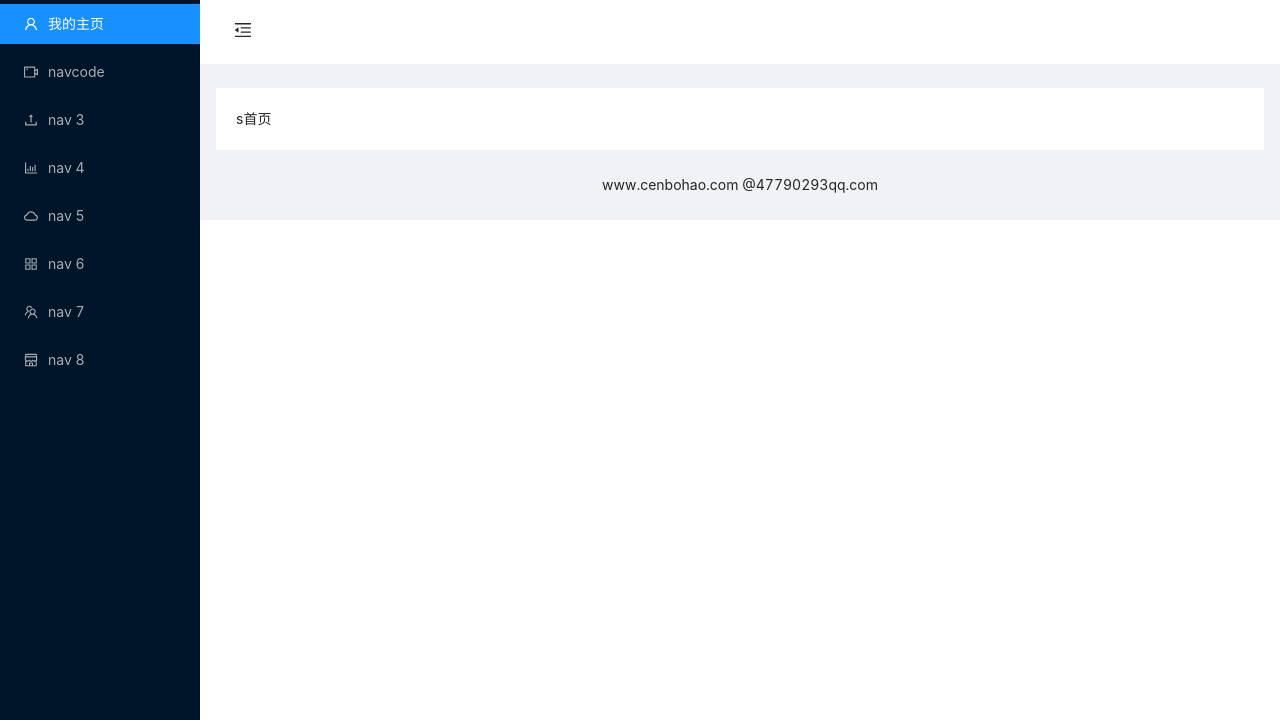
Repository: CBH20010703/bolgsweb
Page: / (app in blogs/)
An editor plug-in stored every save of this project. The page is shown before and after the next save, followed by the edit.
The browser window is 1280 px wide. The pictures show the whole page.
The project was rebuilt for these pictures with package versions that can differ from the ones it lists, and the page was loaded fresh each time. Also part of the build but not shown: blogs/src/component/Menu/MenuList.css, blogs/src/view/Home/Home.css, blogs/src/view/NavCode/NavCode.jsx.

Above is the page before, as saved 2021-06-27 11:03:50.

### blogs/src/index.js
import React from 'react';
import ReactDOM from 'react-dom';
import './index.css';
import App from './App';



ReactDOM.render(<App />,document.getElementById('root'));

### blogs/src/App.js
import './App.css';
import { React, Component } from "react";
import Headers from './component/Header/Headers';
import MenuList from './component/Menu/MenuList';
import Footers from './component/Footer/Footers';
import RouterMap from './router/RouterMap';
import { Layout} from 'antd';
import { BrowserRouter} from 'react-router-dom'
const {  Content, Sider } = Layout;
export default class  App extends Component {
  constructor(props) {
    super(props);
    this.state = {  collapsed: false, }
  }
  toggle = (data) => {
     console.log(data)
    this.setState({
      collapsed: data,
    });
  };
  render() {
    return (
      <BrowserRouter>
          <Layout>
            <Sider  trigger={null} collapsible collapsed={this.state.collapsed}
              style={{
                overflow: 'auto',
                height: '100vh',
                position: 'fixed',
                left: 0,
              }}
            >
              <MenuList/>
            </Sider>
            <Layout className="site-layout" style={{ paddingLeft:this.state.collapsed?"60px":"200px",transition:"0.1s ease" }}>
              <Headers toggle={this.toggle} parent={this.state.collapsed}></Headers>
              <Content style={{ margin: '24px 16px 0', height: "auto", background:"#fff" }}>
                  <RouterMap  />
              </Content>
              <Footers/>
            </Layout>
          </Layout>
      </BrowserRouter>

    );
  }
}

### blogs/src/component/Header/Headers.jsx
import React, { Component } from 'react'
import { Layout } from 'antd';


import {
  MenuUnfoldOutlined,
  MenuFoldOutlined,
} from '@ant-design/icons';
import "./Headers.css"
const { Header } = Layout;
export default class Headers extends Component {
    constructor(props) {
        super(props)
        this.state = {
            isShow:false
        }
    }
    Tab = () => {
        let { isShow } = this.state;
        this.setState({
            isShow:!isShow
        })
        this.props.toggle(!isShow);

    }
    render() {

        return (

                <Header className="site-layout-background" style={{ paddingLeft:"10px" }} >
                     {React.createElement(this.state.isShow ? MenuUnfoldOutlined : MenuFoldOutlined, {
              className: 'trigger',
                         onClick: this.Tab,

            })}
                </Header>

        )
    }
}

### blogs/src/component/Menu/MenuList.jsx
import React, { Component } from 'react'
import { Menu } from 'antd';
import {Link} from 'react-router-dom'
import "./MenuList.css"
import {
  AppstoreOutlined,
  BarChartOutlined,
  CloudOutlined,
  ShopOutlined,
  TeamOutlined,
  UserOutlined,
  UploadOutlined,
  VideoCameraOutlined,
} from '@ant-design/icons';
export default class MenuList extends Component {
  render() {
    return (

         <Menu theme="dark" mode="inline" defaultSelectedKeys={['1']}>
          <Menu.Item key="1"  icon={<UserOutlined />}>
          <Link to="/"> 我的主页
            </Link>

          </Menu.Item>
          <Menu.Item key="2" icon={<VideoCameraOutlined />}>
          <Link to="/navcode"> navcode
            </Link>

          </Menu.Item>
          <Menu.Item key="3" icon={<UploadOutlined />}>
            nav 3
          </Menu.Item>
          <Menu.Item key="4" icon={<BarChartOutlined />}>
            nav 4
          </Menu.Item>
          <Menu.Item key="5" icon={<CloudOutlined />}>
            nav 5
          </Menu.Item>
          <Menu.Item key="6" icon={<AppstoreOutlined />}>
            nav 6
          </Menu.Item>
          <Menu.Item key="7" icon={<TeamOutlined />}>
            nav 7
          </Menu.Item>
          <Menu.Item key="8" icon={<ShopOutlined />}>
            nav 8
          </Menu.Item>
        </Menu>
    )
  }
}

### blogs/src/component/Footer/Footers.jsx
import React, { Component } from 'react'
import { Layout } from 'antd';
const {  Footer } = Layout;
export default class Footers extends Component {
    render() {
        return (
            <div>
               <Footer style={{ textAlign: 'center' }}>www.cenbohao.com @47790293qq.com</Footer>
            </div>
        )
    }
}

### blogs/src/router/RouterMap.js
import React from 'react'
import { Route, Switch} from 'react-router-dom'
import Home from "../view/Home/Home.jsx";
import Error from "../view/404/Error.jsx";
import Navcode from "../view/NavCode/NavCode.jsx"
export default class RouterMap  extends React.Component {
    render() {
        return (


                <Switch>
                    <Route exact path="/"  component={Home}/>
                    <Route exact path="/NavCode" component={Navcode} />
                    <Route  path="*" component={Error} />
               </Switch>


        )
    }
}

### blogs/src/component/Header/Headers.css
.site-layout .site-layout-background {
    background: #fff;
}

 .trigger {
    padding: 0 24px;
    font-size: 18px;
    line-height: 64px;
    cursor: pointer;
    transition: color 0.3s;
}

 .trigger:hover {
    color: #1890ff;
}

### blogs/src/view/Home/Home.jsx
import React, { Component } from 'react'

import "./Home.css"
export default class Home extends Component {

    handleClick = e => {
        console.log('click ', e);
    };
    render() {
        return (
            <div style={{ padding: "20px" }}>
                s首页
            </div>
        )
    }
}

### blogs/src/view/404/Error.jsx
import React, { Component } from 'react'

export default class Error extends Component {
    render() {
        return (
            <div>
                404
            </div>
        )
    }
}

Loaded but not shown: blogs/public/index.html (common file); blogs/src/index.css (common file); blogs/src/App.css (common file)

After the next save:
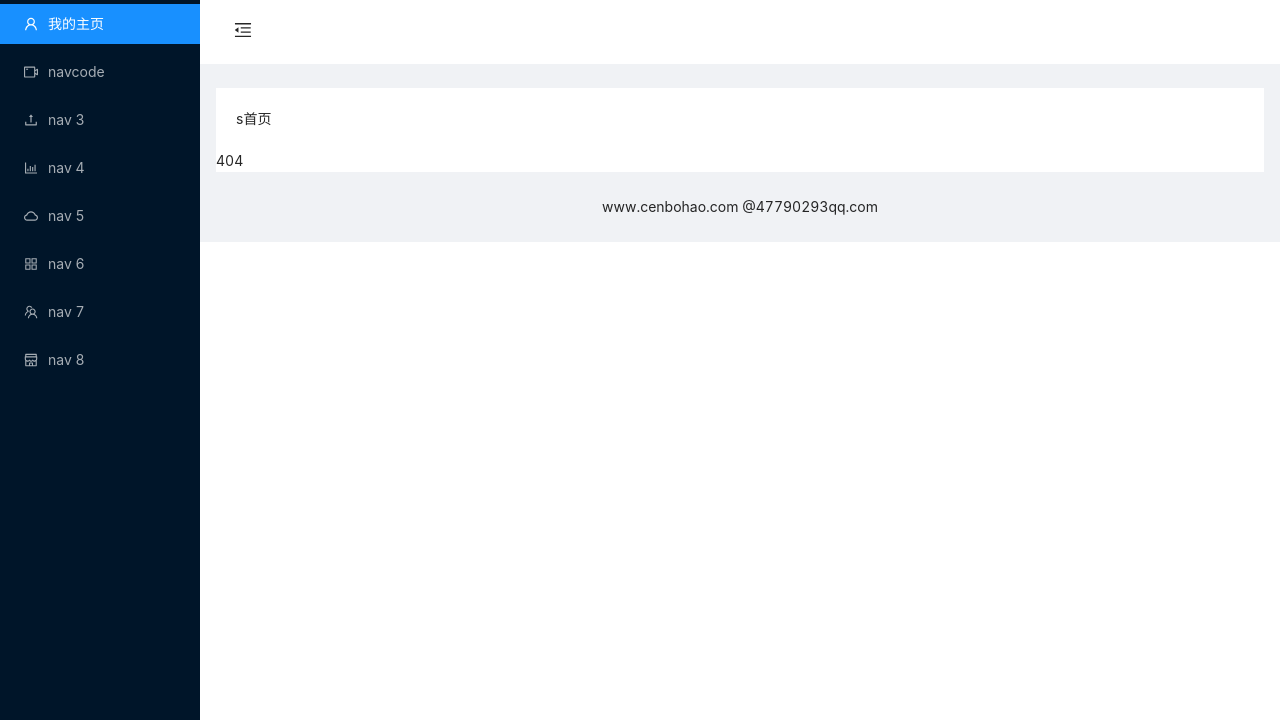
Saved 58 s later.
--- a/blogs/src/router/RouterMap.js
+++ b/blogs/src/router/RouterMap.js
@@ -9,9 +9,11 @@
 
 
                 <Switch>
+                <Route>
                     <Route exact path="/"  component={Home}/>
                     <Route exact path="/NavCode" component={Navcode} />
                     <Route  path="*" component={Error} />
+                </Route>
                </Switch>
 
 

After the save that followed:
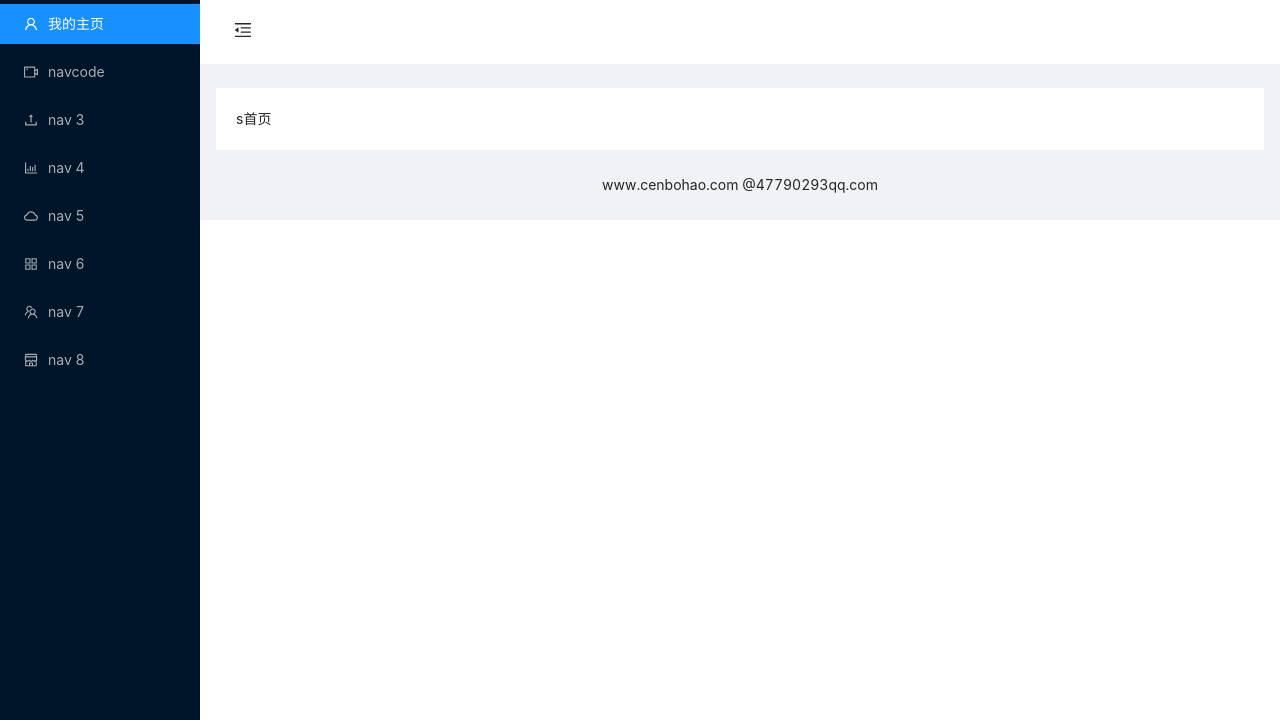
Saved 2 min 34 s later.
--- a/blogs/src/router/RouterMap.js
+++ b/blogs/src/router/RouterMap.js
@@ -9,11 +9,11 @@
 
 
                 <Switch>
-                <Route>
+
                     <Route exact path="/"  component={Home}/>
                     <Route exact path="/NavCode" component={Navcode} />
                     <Route  path="*" component={Error} />
-                </Route>
+
                </Switch>
 
 
